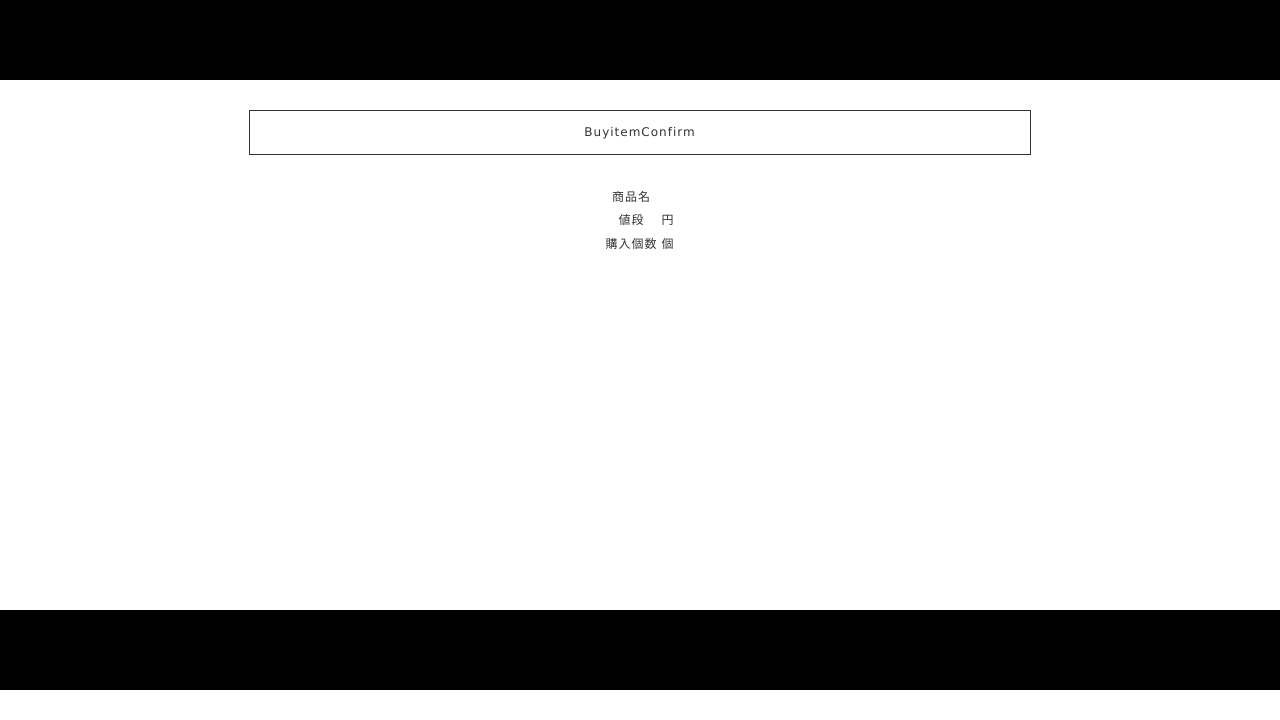
Repository: kuriky/Ecsite
Page: http://localhost/templateEC/buyItemConfirm.jsp
These files come from the project's save history. The page is drawn as it stood at one moment and after the next save; the edit follows.
The browser window is 1280 px wide. The pictures show the whole page.
The page is served by Tomcat 9. Other server files are loaded and not shown.

Above is the page before, as saved 2019-12-16 12:20:33.

### templateEC/WebContent/buyItemConfirm.jsp
<%@ page language="java" contentType="text/html; charset=UTF-8"
    pageEncoding="UTF-8"%>
<%@ taglib prefix="s" uri="/struts-tags" %>
<!DOCTYPE html>
<html>
<head>
<meta charset="UTF-8">
<link rel="stylesheet" type="text/css" href="./css/style.css">
<title>BuyItemConfirm画面</title>
</head>
<body>
	<div id="header">
	</div>
	<div id="main">
		<div id="top">
			<p>BuyitemConfirm</p>
		</div>
		<div>
			<s:form action="BuyitemConfirmAction">
			<table>
				<tr>
					<td>商品名</td>
					<td><s:property value="session.buyItem_name" /></td>
				</tr>
				<tr>
					<td>値段</td>
					<td>
						<s:property value="session.buyItem_price" />
						<span>円</span>
					</td>
				</tr>
				<tr>
					<td>購入個数</td>
					<td>
						<s:property value="session.stock" />
						<span>個</span>
					</td>
				</tr>
				<tr>
					<td><s:property value="session.pay" /></td>
				</tr>
				<tr>
					<td><submit value="完了" /></td>
				</tr>
			</table>
			</s:form>
		</div>
	</div>
	<div id="footer">
	</div>

</body>
</html>

### templateEC/WebContent/css/style.css
@CHARSET "UTF-8";
/* TAG LAYOUT */
body{
	margin:0;
	padding:0;
	line-height:1.6;
	letter-spacing:1px;
	font-family:Verdana, Helvetica, sans-serif;
	font-size:12px;
	color:#333;
	backdround:#fff;
}

table{
	text-align:center;
	margin:0 auto;
}
/* ID LAYOUT */
#top{
	width:780px;
	margin:30px auto;
	border:1px solid #333;
}

#header{
	width:100%;
	height:80px;
	background-color:black;
}

#main{
	width:100%;
	height:500px;
	text-align:center;
}

#footer{
	width:100%;
	height:80px;
	background-color:black;
	clear:both;
}

After the next save:
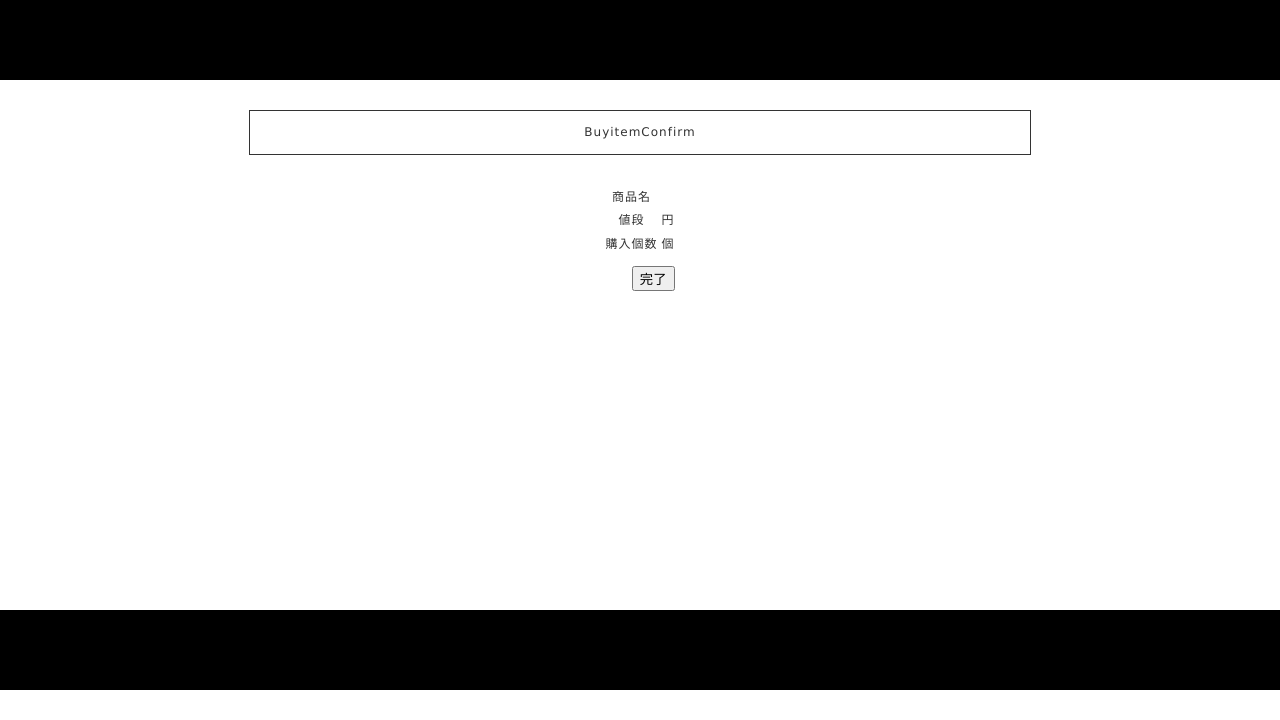
Saved 13 s later.
--- a/templateEC/WebContent/buyItemConfirm.jsp
+++ b/templateEC/WebContent/buyItemConfirm.jsp
@@ -40,7 +40,7 @@
 					<td><s:property value="session.pay" /></td>
 				</tr>
 				<tr>
-					<td><submit value="完了" /></td>
+					<td><s:submit value="完了" /></td>
 				</tr>
 			</table>
 			</s:form>
